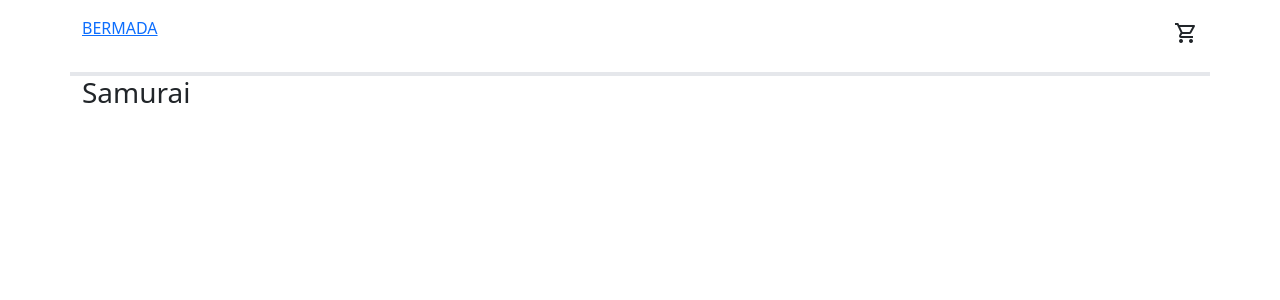
Repository: latenightsnacc/cra-template-html
Page: index.html
The author's editor kept a copy of each file at every save. The page is drawn from the files as they stood at one save, then again after the next save.
The browser window is 1280 px wide. The pictures show the whole page.
Some web libraries are served in a nearby version.

Above is the page before, as saved 2021-04-21 16:09:19.

After the next save:
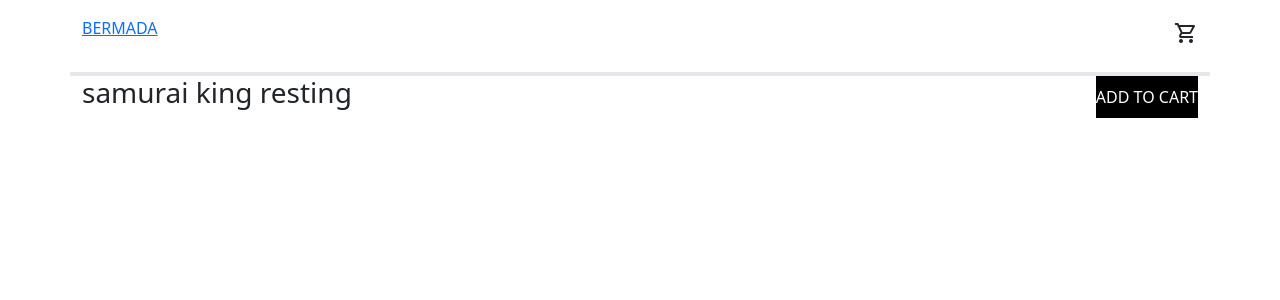
Saved 82 s later.
--- a/index.html
+++ b/index.html
@@ -36,8 +36,11 @@
 
         <!--PHOTO OF THE DAY-->
         <div class="container">
-            <div class="flex flex-row">
-                <h3>Samurai </h3>
+            <div class="flex flex-row justify-between">
+                <!--Photo Title-->
+                <h3>samurai king resting</h3>
+                <!--Add To Cart Button-->
+                <button class="bg-black text-white uppercase">add to cart</button>
             </div>
         </div>
         <!--END OF PHOTO OF THE DAY-->
